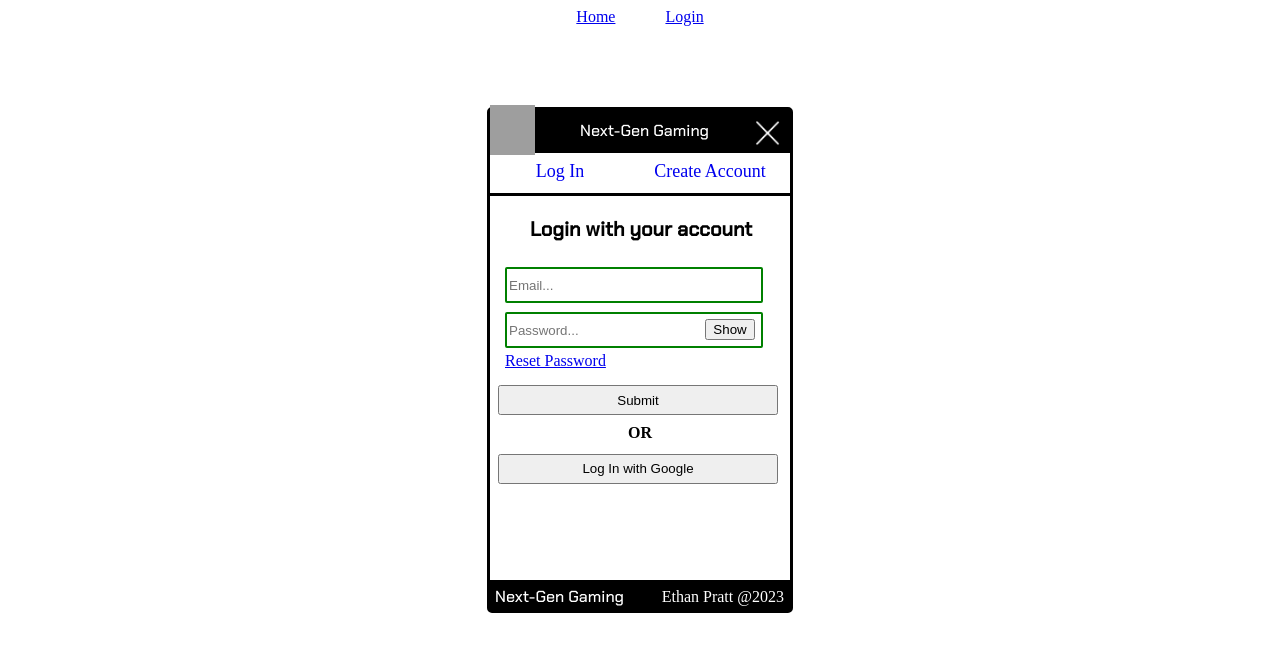
Repository: ghend99/login-page
Page: /login
An editor plug-in stored every save of this project. The page is shown before and after the next save, followed by the edit.
The browser window is 1280 px wide. The pictures show the whole page.
Pictures or frames that could not be fetched are drawn as grey boxes. The project was rebuilt for these pictures with package versions that can differ from the ones it lists, and the page was loaded fresh each time. Also part of the build but not shown: src/css/Create2.css, src/pages/Home.tsx, src/css/Create.css, src/pages/Create.tsx, src/pages/Create2.tsx, src/pages/Change.tsx.

Above is the page before, as saved 2023-02-15 11:16:44.

After the next save:
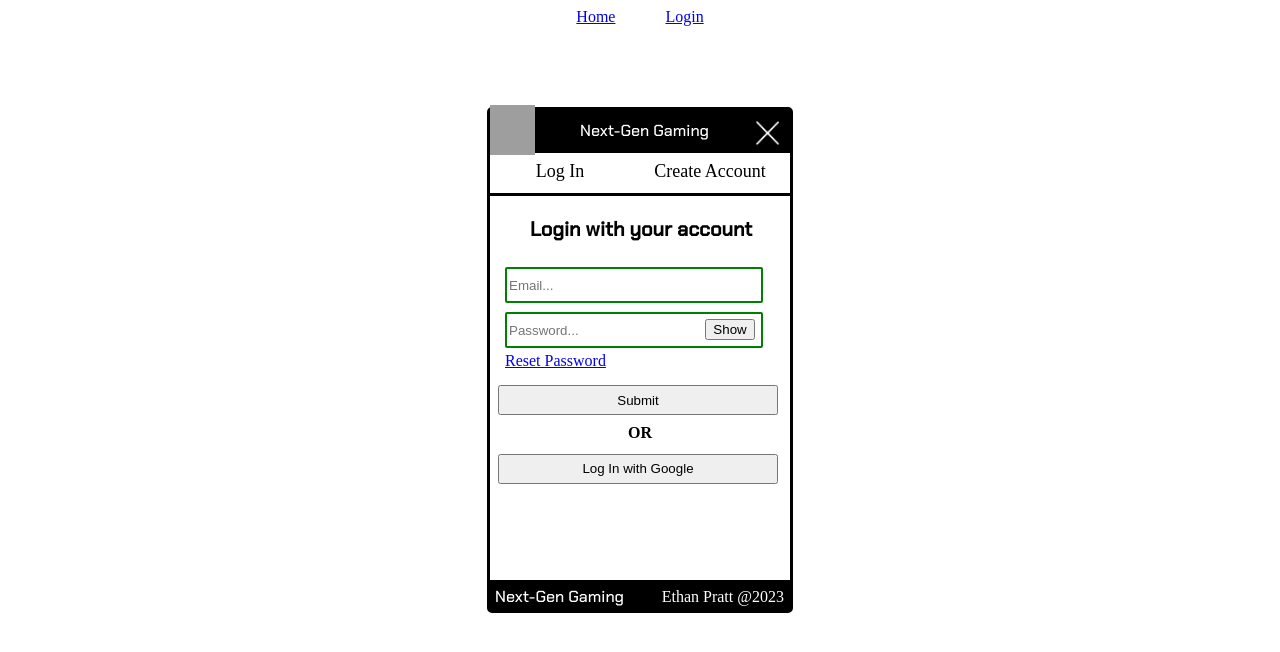
Saved 13 s later.
--- a/src/css/MainLink.css
+++ b/src/css/MainLink.css
@@ -20,6 +20,7 @@
   padding-top: 8px;
   padding-bottom: 8px;
   text-decoration: none;
+  color: black;
 }
 
 .main-link-login:hover,
@@ -40,4 +41,5 @@
   padding-top: 8px;
   padding-bottom: 8px;
   text-decoration: none;
+  color: black;
 }
